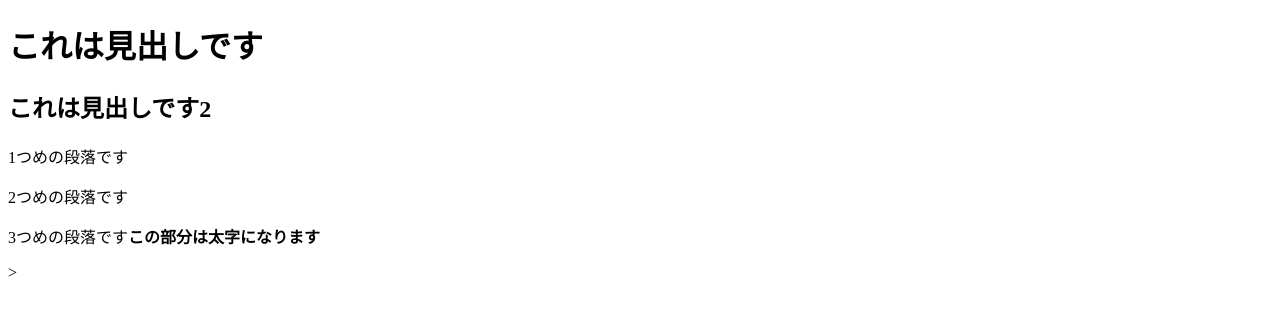
Repository: m-mao/firsa_app
Page: html_css/html_grammar/index.html
The author's editor kept a record of every edit. The page is drawn from the files as they stood at one moment, then again after the next edit.
The browser window is 1280 px wide. The pictures show the whole page.

Above is the page before.

### html_css/html_grammar/index.html
<!DOCTYPE HTML>
<html>
    <head>
        <meta charset="UTF-8">
        <title>HTML学習用webページ</title>
    </head>
    <body>
        <h1>
            これは見出しです
        </h1>
        <h2>
            これは見出しです2
        </h2>
        <p>
            1つめの段落です
        </p>
        <p>
            2つめの段落です
        </p>
        <p>
            3つめの段落です<b>この部分は太字になります</b>
        </p>
    </body>
</html>>

After the next edit:
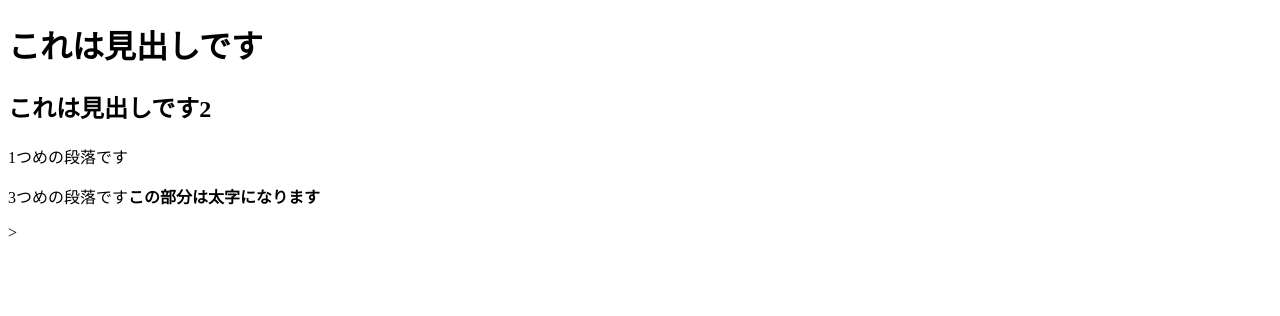
The edit:
--- a/html_css/html_grammar/index.html
+++ b/html_css/html_grammar/index.html
@@ -14,9 +14,9 @@
         <p>
             1つめの段落です
         </p>
-        <p>
-            2つめの段落です
-        </p>
+        <!--<p>-->
+        <!--    2つめの段落です-->
+        <!--</p>-->
         <p>
             3つめの段落です<b>この部分は太字になります</b>
         </p>
